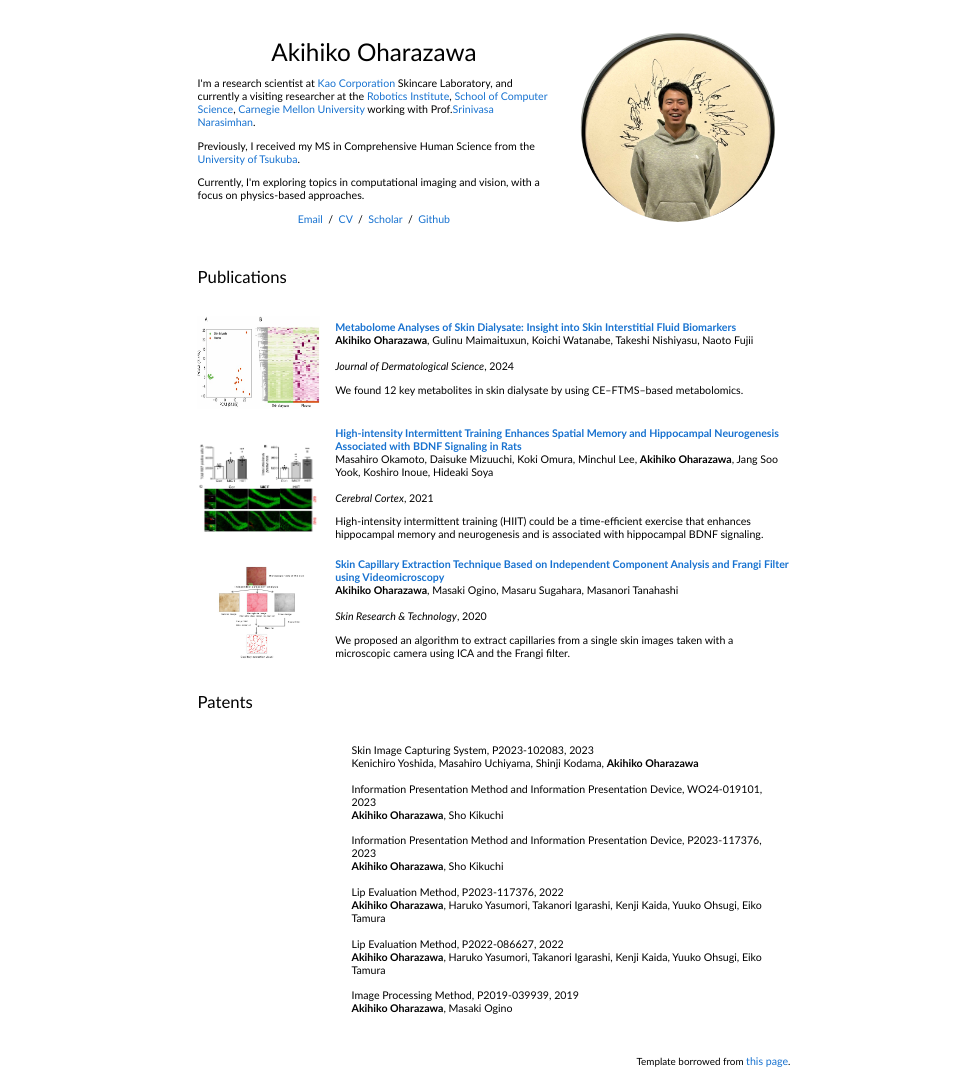
Repository: akihikooharazawa/akihikooharazawa.github.io
Page: index.html
An editor plug-in stored every save of this project. The page is shown before and after a run of saves, followed by the edit.
The browser window is 1280 px wide. The pictures show the whole page, at 76% of full size.

Above is the page before, as saved 2025-07-25 10:59:40.

After the next 2 saves:
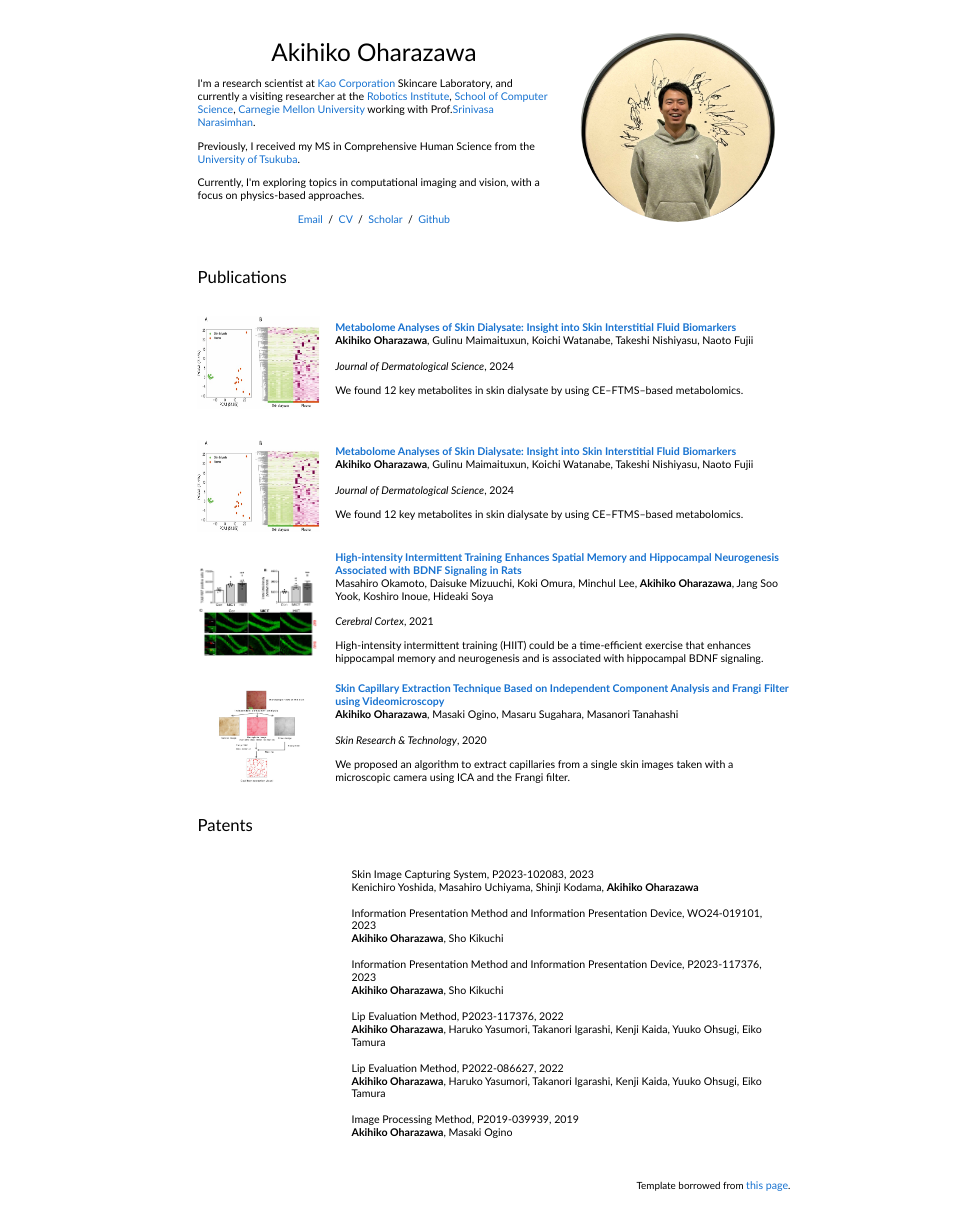
The 2 saves are shown as one change because they came seconds apart.
The last was saved 52 s later.
--- a/index.html
+++ b/index.html
@@ -63,6 +63,26 @@
           </tbody></table>
           <table style="width:100%;border:0px;border-spacing:0px;border-collapse:separate;margin-right:auto;margin-left:auto;"><tbody>
 
+                        <tr>
+              <td style="padding:20px;width:25%;vertical-align:middle">
+                <img src="images/isf_metabolomics.jpg" alt="isf_metabolomics" width="160" height="120" style="border-style: none">
+              </td>
+              <td width="75%" valign="middle">
+                <a href="https://www.jdsjournal.com/article/S0923-1811(24)00066-5/fulltext">
+                  <span class="papertitle">Metabolome Analyses of Skin Dialysate: Insight into Skin Interstitial Fluid Biomarkers</span>
+                </a>
+                <br>
+                <strong>Akihiko Oharazawa</strong>,
+                Gulinu Maimaituxun,
+                Koichi Watanabe,
+                Takeshi Nishiyasu,
+                Naoto Fujii<br>
+                <br>
+                <em>Journal of Dermatological Science</em>, 2024
+                <br>
+                <p>We found 12 key metabolites in skin dialysate by using CE–FTMS–based metabolomics.</p>
+              </td>
+            </tr>
 
             <tr>
               <td style="padding:20px;width:25%;vertical-align:middle">
